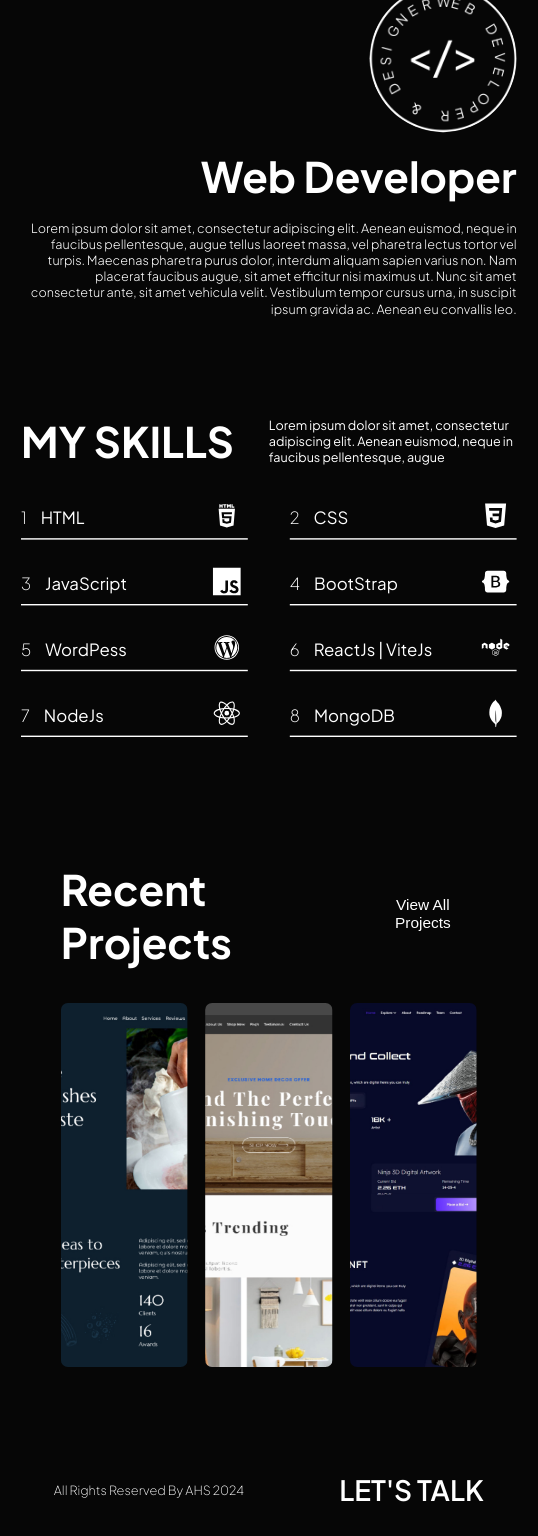
Repository: AliHassan02-Dev/PORTFOLIO
Page: / (app in Front-end/)
These files come from the project's save history. The page is drawn as it stood at one moment and after the next save; the edit follows.
The browser window is 768 px wide. The pictures show the part of the page from y = 1757 to 3997 px (the page is 3951 px tall before and 3997 px after), at 70% of full size.
The project was rebuilt for these pictures with package versions that can differ from the ones it lists, and the page was loaded fresh each time. Also part of the build but not shown: Front-end/vite.config.js, Front-end/src/Pages/Projects.jsx, Front-end/src/Pages/AllProjects.jsx, Front-end/src/Components/ProjectPreview.jsx.

Above is the page before, as saved 2024-08-24 07:39:56.

After the next save:
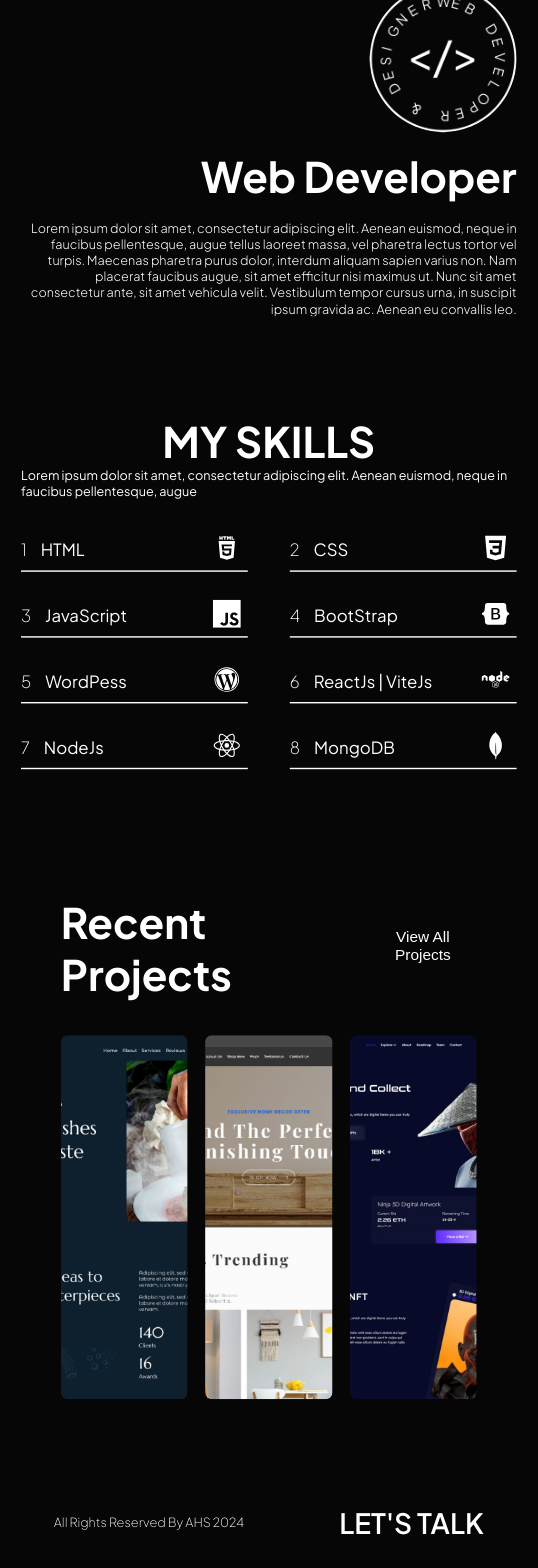
Saved 58 s later.
--- a/Front-end/src/App.css
+++ b/Front-end/src/App.css
@@ -512,6 +512,14 @@ body {
     gap: 30px;
     padding: 20px 30px;
   }
+
+  .mainWrapper .skillsContainer .top {
+    width: 100%;
+    display: flex;
+    flex-direction: column;
+    justify-content: space-between;
+    align-items: center;
+  }
 }
 
 /* SKILLS SECTION CSS END */
